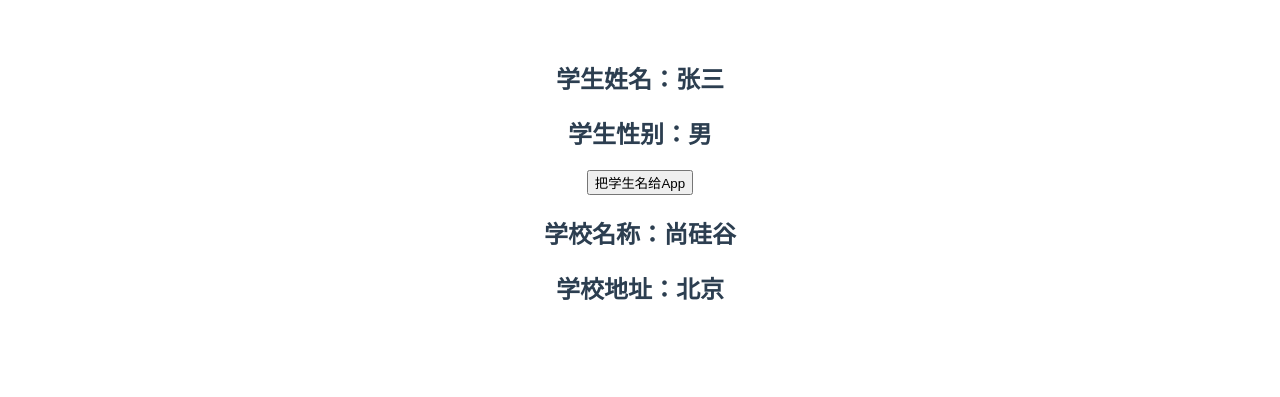
Repository: 319226862/wyy
Page: / (app in test/)
An editor plug-in stored every save of this project. The page is shown before and after the next save, followed by the edit.
The browser window is 1280 px wide. The pictures show the whole page.
The project was rebuilt for these pictures with package versions that can differ from the ones it lists, and the page was loaded fresh each time. Also part of the build but not shown: test/vue.config.js.

Above is the page before, as saved 2023-06-21 10:28:43.

### test/src/App.vue
<template>
  <div id="app">
    <School></School>
    <Student></Student>
  </div>
</template>

<script>
import School from './components/School.vue';
import Student from './components/Student.vue';
export default {
  name: 'App',
  components: {
    School,
    Student
  }
}
</script>

<style>
#app {
  font-family: Avenir, Helvetica, Arial, sans-serif;
  -webkit-font-smoothing: antialiased;
  -moz-osx-font-smoothing: grayscale;
  text-align: center;
  color: #2c3e50;
  margin-top: 60px;
}
</style>

### test/src/components/School.vue
<template>
    <div class="student">
        <h2>学生姓名：{{ name }}</h2>
        <h2>学生性别：{{ sex }}</h2>
        <button @click="sendStuentdName">把学生名给App</button>
    </div>
</template>

<script>
export default {
    name:'School',
    data(){
        return{
            name: '张三',
            sex:'男'
        }
    },
    methods:{
        sendStuentdName(){
            this.$emit('aaa',this.name)
        }
    }
}
</script>

<style>

</style>

### test/src/components/Student.vue
<template>
    <div class="school">
        <h2>学校名称：{{ name }}</h2>
        <h2>学校地址：{{ address }}</h2>
        <!-- <button @click="sendStuentdName">把学生名给App</button> -->
    </div>
</template>

<script>
export default {
    name:'Stuent',
    data(){
        return{
            name: '尚硅谷',
            address:'北京'
        }
    },
    methods:{

    }
}
</script>

<style>

</style>

Loaded but not shown: test/public/index.html (common file); test/src/main.js (common file)

After the next save:
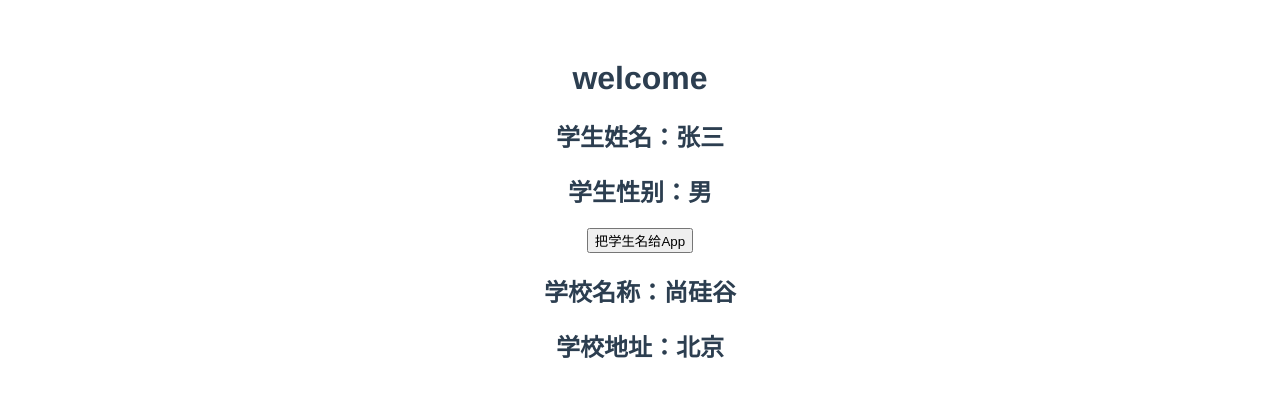
Saved 63 s later.
--- a/test/src/App.vue
+++ b/test/src/App.vue
@@ -1,7 +1,8 @@
 <template>
   <div id="app">
-    <School></School>
-    <Student></Student>
+    <h1>{{ msg }}</h1>
+    <School />
+    <Student />
   </div>
 </template>
 
@@ -10,6 +11,11 @@ import School from './components/School.vue';
 import Student from './components/Student.vue';
 export default {
   name: 'App',
+  data(){
+    return {
+      msg:'welcome'
+    }
+  },
   components: {
     School,
     Student
